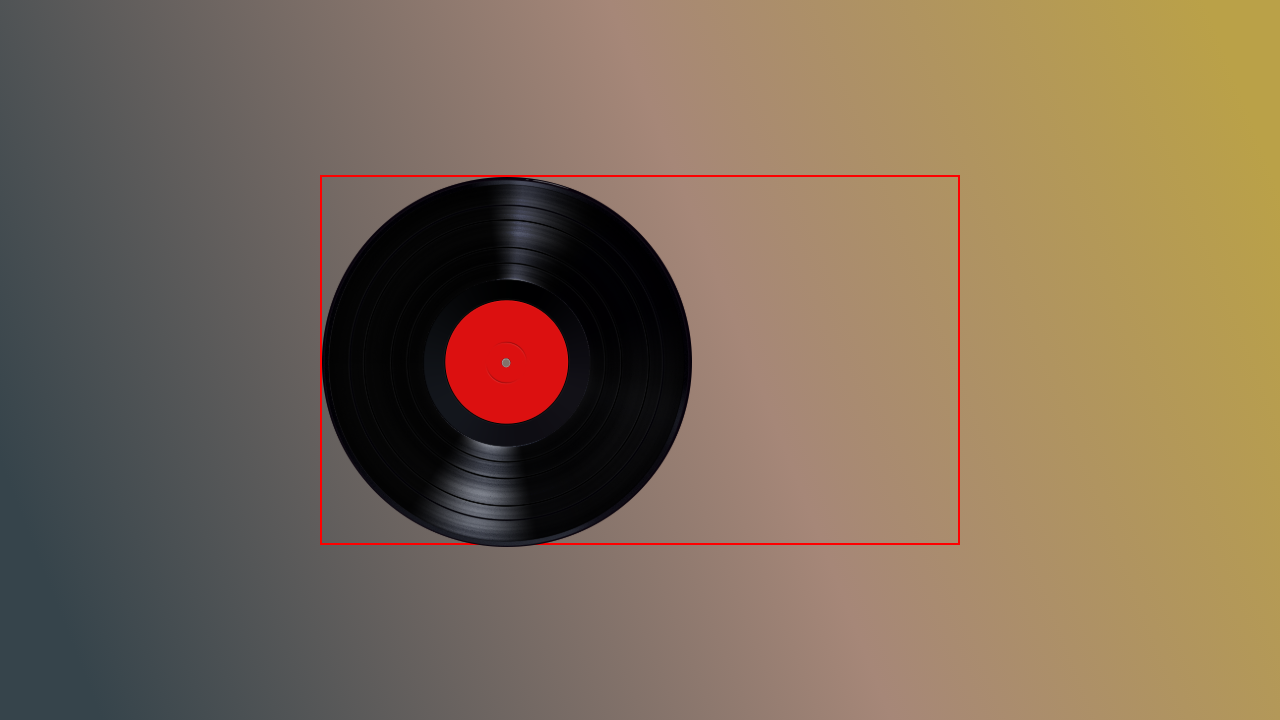
Repository: julianm09/revolve-app
Page: /
The author's editor kept a copy of each file at every save. The page is drawn from the files as they stood at one save, then again after the next save.
The browser window is 1280 px wide. The pictures show the whole page.
The project was rebuilt for these pictures with package versions that can differ from the ones it lists, and the page was loaded fresh each time. The framework's server and built-in components were replaced by stand-ins that run in the browser. Also part of the build but not shown: next.config.js, data/albums.js, comps/AlbumGrid/index.js, comps/MainButton/index.js, comps/NowPlaying/index.js, comps/TrackLoop/index.js.

Above is the page before, as saved 2021-10-07 17:56:11.

After the next save:
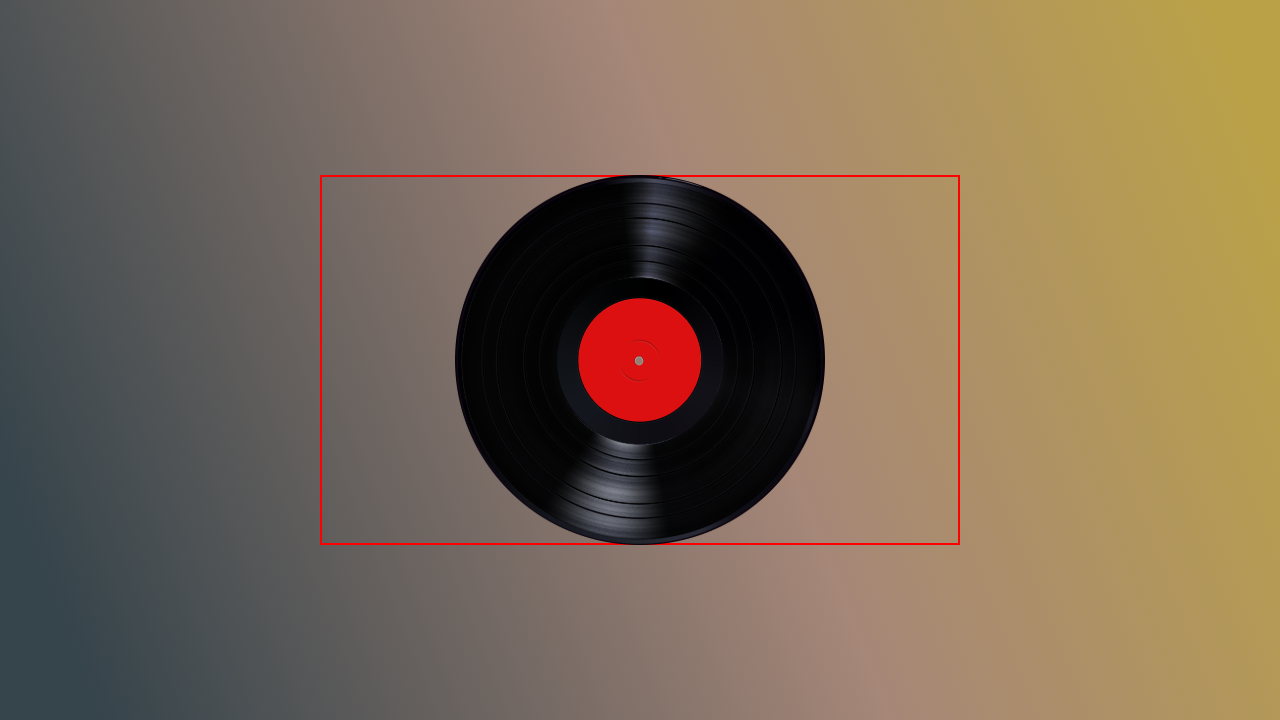
Saved 15 s later.
--- a/comps/LogoMain/index.js
+++ b/comps/LogoMain/index.js
@@ -3,7 +3,7 @@
 
 const LogoCont = styled.div`
     display:flex;
-    position:
+    align-items:center;
     justify-content:center;
     flex-direction:column;
     width:50%;
